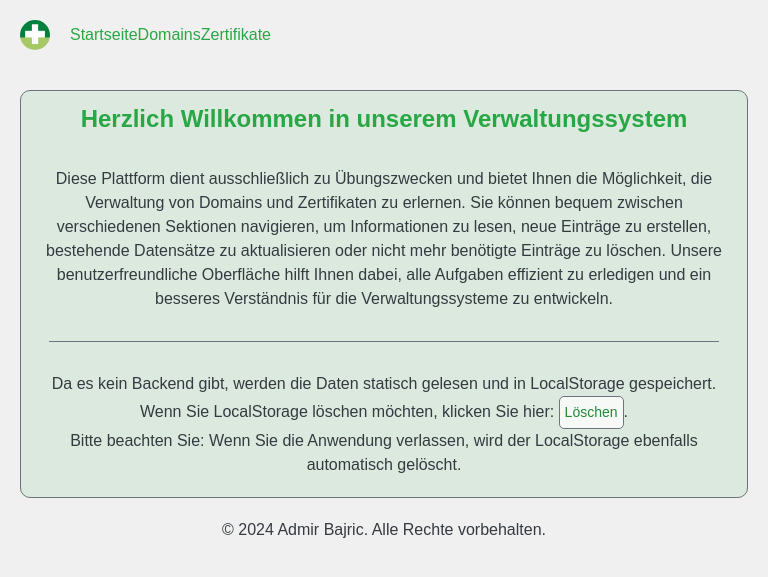
Repository: bajricadmir/verwaltungssystem-vanilla-html-css
Page: index.html
An editor plug-in stored every save of this project. The page is shown before and after the next save, followed by the edit.
The browser window is 768 px wide. The pictures show the whole page.

Above is the page before, as saved 2024-10-14 12:46:36.

After the next save:
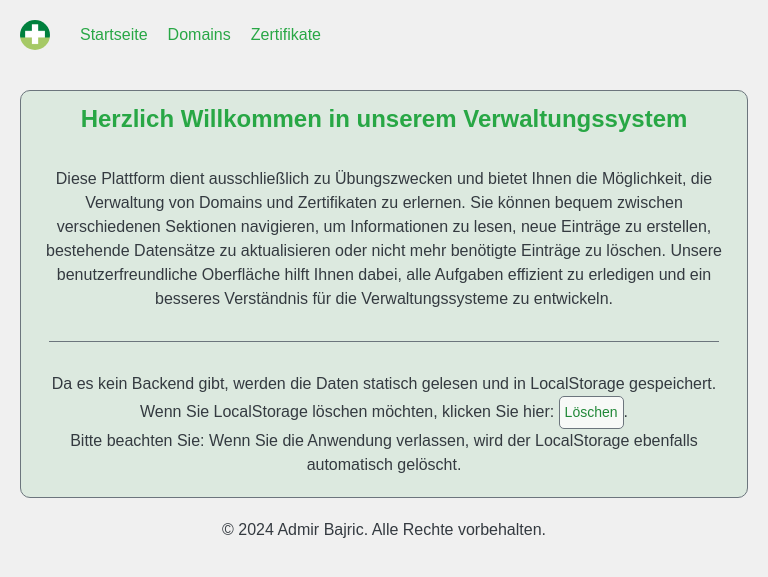
Saved 12 s later.
--- a/style.css
+++ b/style.css
@@ -162,6 +162,6 @@ table {
   }
 
   .nav-link {
-    padding: 0;
+    padding: 5px 10px;
   }
 }
